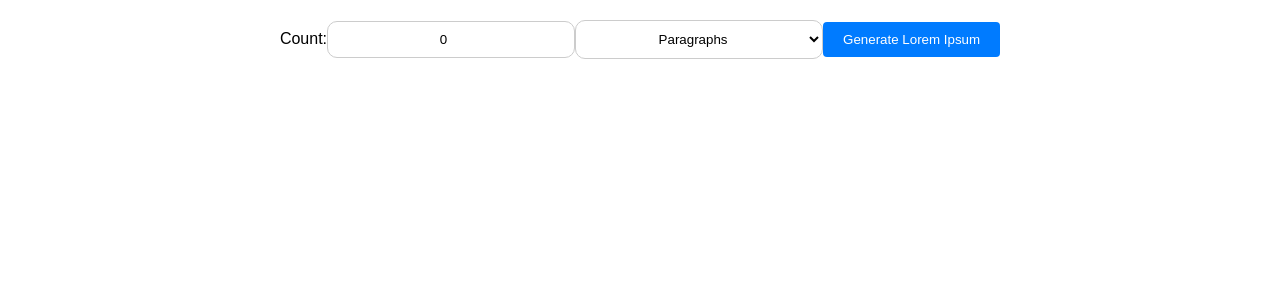
Repository: sriram1224/lorem-generator
Page: /
The author's editor kept a copy of each file at every save. The page is drawn from the files as they stood at one save, then again after the next save.
The browser window is 1280 px wide. The pictures show the whole page.
The project was rebuilt for these pictures with package versions that can differ from the ones it lists, and the page was loaded fresh each time.

Above is the page before, as saved 2024-03-11 21:52:59.

### src/App.js
import LoremIpsumGenerator from './Components/lorem';
import './App.css';

function App() {
  return (
    <div className="App">
      <LoremIpsumGenerator />
    </div>
  );
}

export default App;

### src/Components/lorem.js
import React, { useState } from 'react';
import { loremIpsum } from 'lorem-ipsum';
import './lorem.css';

const LoremGenerator = () => {
  const [count, setCount] = useState(0);
  const [type, setType] = useState('paragraphs');
  const [generatedText, setGeneratedText] = useState('');

  const handleCountChange = (e) => {
    const newCount = parseInt(e.target.value, 10);
    setCount(newCount);
  };

  const handleTypeChange = (e) => {
    setType(e.target.value);
  };

  const copyToClipboard = (text) => {
    navigator.clipboard.writeText(text);
    alert('Copied to clipboard!');
  };

  const copyAllToClipboard = () => {
    navigator.clipboard.writeText(generatedText);
    alert('All text copied to clipboard!');
  };

  const generateLorem = () => {
    let result = '';
    if (type === 'paragraphs') {
      for (let i = 0; i < count; i++) {
        const text = loremIpsum({ units: 'paragraphs' });
        result += `${i + 1}) ${text}\n`;
      }
    } else {
      for (let i = 0; i < count; i++) {
        const text = loremIpsum({ units: 'sentences' });
        result += `${i + 1}) ${text}\n`;
      }
    }
    setGeneratedText(result);
  };

  return (
    <div>
      <label>
        Count:
        <input type="number" value={count} onChange={handleCountChange} />
      </label>
      <select value={type} onChange={handleTypeChange}>
        <option value="paragraphs">Paragraphs</option>
        <option value="sentences">Sentences</option>
      </select>
      <button onClick={generateLorem}>Generate Lorem Ipsum</button>
      <div className="list-container">
        {generatedText.split('\n').map((text, index) => (
          <div classN key={`text_${index}`}>
            <span>{text}</span>
          </div>
        ))}
      </div>
      {generatedText && (
        <div>
          <button onClick={copyAllToClipboard}>Copy All</button>
        </div>
      )}
    </div>
  );
};

export default LoremGenerator;

### src/Components/lorem.css
/* Reset some default browser styles */
* {
    box-sizing: border-box;
    margin: 0;
    padding: 0;
}

/* Apply some basic styling to the body */
body {
    font-family: Arial, sans-serif;
    background-color: #ffffff;
    padding: 20px;
}

/* Container styling */
.container {
    max-width: 1100px;
    margin: 0 auto;
}

/* Input and select styling */
input[type="number"],
select {
    text-align: center;
   width: 20%;
    margin-bottom: 10px;
    padding: 10px;
    border: 1px solid #ccc;
    border-radius: 10px;
    background-color: #fff;
}

/* Button styling */
button {
    background-color: #007bff;
    color: #fff;
    border: none;
    border-radius: 4px;
    padding: 10px 20px;
    cursor: pointer;
}

button:hover {
    background-color: #0056b3;
}

/* Generated text styling */
.generated-text {
    margin-top: 20px;
}

/* Responsive styles */
@media screen and (max-width: 600px) {
    .container {
        padding: 10px;
    }
}
.list{
    display: flex;
    padding: 10px;
    width: 60%;
    height: 5rem;
    background-color:rgb(26, 26, 88);
    color:white;
    border-radius: 10px;
    margin-left: 15rem;

}
.list-container{
    display: flex;
    flex-direction: column;
    gap: 2rem;
}

Loaded but not shown: public/index.html (common file); src/index.js (common file); src/index.css (common file); src/reportWebVitals.js (common file); src/App.css (common file)

After the next save:
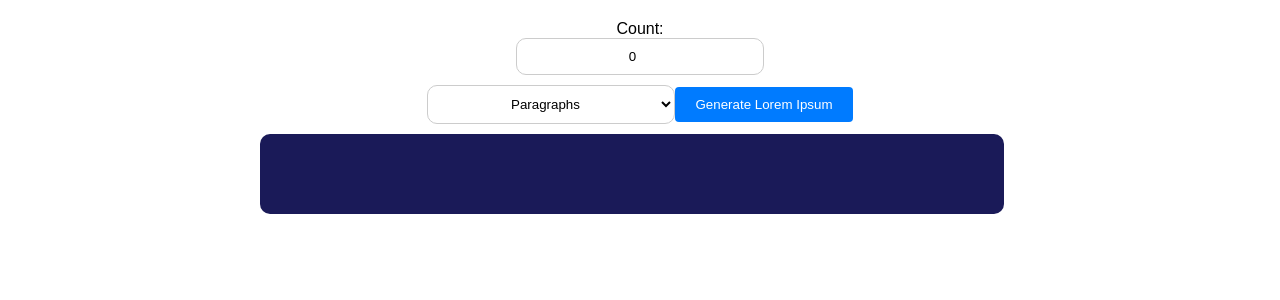
Saved 48 s later.
--- a/src/Components/lorem.js
+++ b/src/Components/lorem.js
@@ -46,7 +46,9 @@ const LoremGenerator = () => {
     <div>
       <label>
         Count:
-        <input type="number" value={count} onChange={handleCountChange} />
+        <div>
+          <input type="number" value={count} onChange={handleCountChange} />
+        </div>
       </label>
       <select value={type} onChange={handleTypeChange}>
         <option value="paragraphs">Paragraphs</option>
@@ -55,8 +57,9 @@ const LoremGenerator = () => {
       <button onClick={generateLorem}>Generate Lorem Ipsum</button>
       <div className="list-container">
         {generatedText.split('\n').map((text, index) => (
-          <div classN key={`text_${index}`}>
+          <div className="list" key={index}>
             <span>{text}</span>
+
           </div>
         ))}
       </div>
